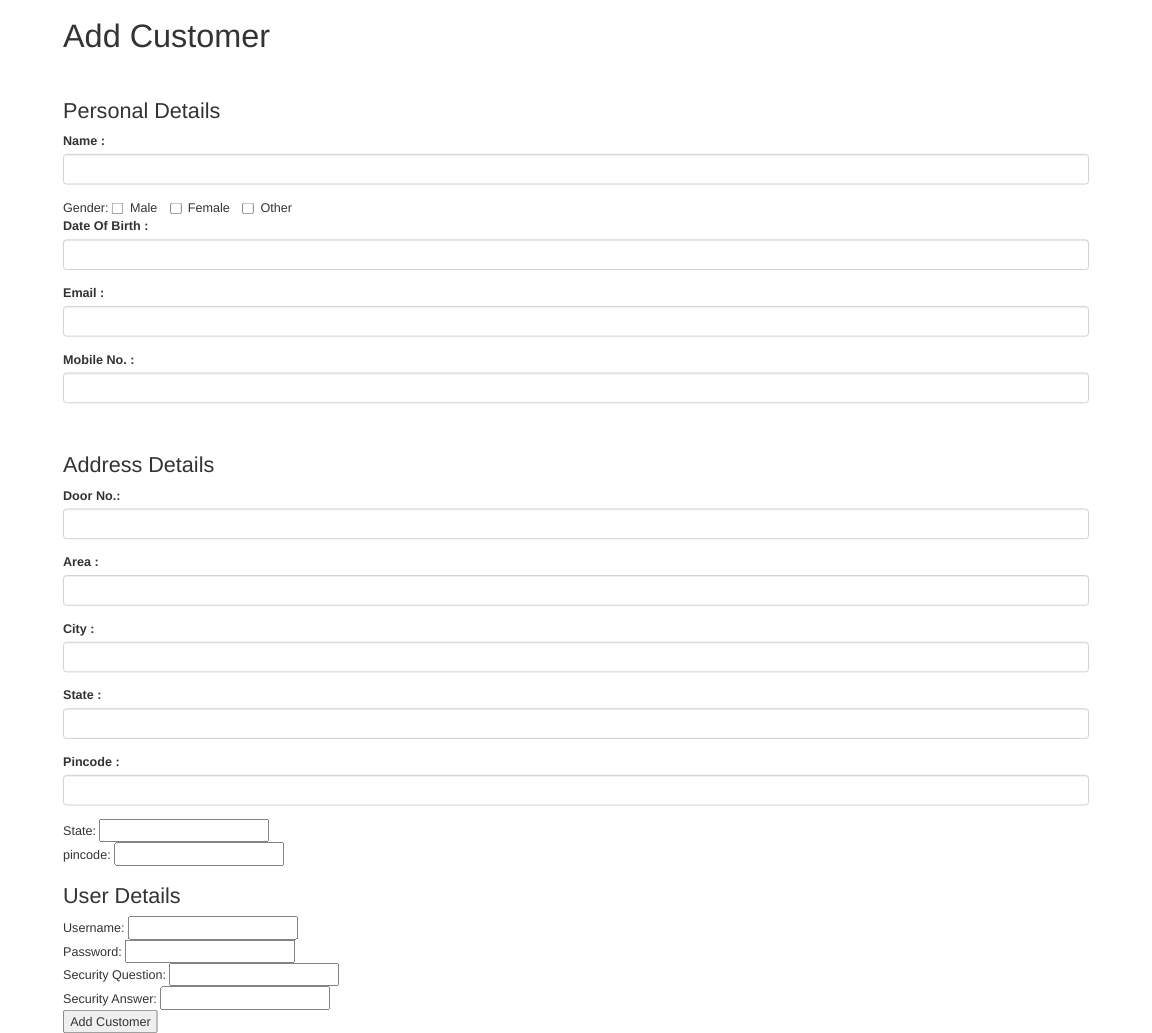
Repository: Shubham-Gawade/SpringHibernateTraining
Page: http://localhost/xorbankonline/WEB-INF/pages/addcustomer.jsp
An editor plug-in stored every save of this project. The page is shown before and after the next save, followed by the edit.
The browser window is 1280 px wide. The pictures show the whole page, at 90% of full size.
The page is served by Tomcat 9. Nobody is signed in. Other server files are loaded and not shown. The template is opened directly, without the code that normally fills it, so the values that code supplies are empty.

Above is the page before, as saved 2021-10-07 04:31:05.

### xorbankonline/src/main/webapp/WEB-INF/pages/addcustomer.jsp
<%@ page language="java" contentType="text/html; charset=ISO-8859-1"
    pageEncoding="ISO-8859-1"%>
<%@ taglib prefix="form" uri="http://www.springframework.org/tags/form" %>
<!DOCTYPE html>
<html>
<head>
<meta charset="ISO-8859-1">
<title>Insert title here</title>
<link rel="stylesheet" href="https://maxcdn.bootstrapcdn.com/bootstrap/3.3.7/css/bootstrap.min.css">
</head>
<body class="container">
	<h1>Add Customer</h1>
	<form:form action="addcustomer" method="post" modelAttribute="customerObj">
		<br/>
		<h3>Personal Details</h3>
		<div class="form-group">
		    <label for="name">Name :</label>
		    <form:input type="text" path="personName" class="form-control" name="name"/>
		</div>
		Gender:
		<label class="checkbox-inline"><input type="checkbox" value="MALE">Male</label>
		<label class="checkbox-inline"><input type="checkbox" value="FEMALE">Female</label>
		<label class="checkbox-inline"><input type="checkbox" value="OTHER">Other</label>
		<div class="form-group">
		    <label for="dateOfBirth">Date Of Birth :</label>
		    <input type="text" class="form-control" name="dateOfBirth">
		</div>
		<div class="form-group">
		    <label for="email">Email :</label>
		    <form:input type="email" class="form-control" path="email" name="email"/>
		</div>
		<div class="form-group">
		    <label for="email">Mobile No. :</label>
		    <form:input type="number" class="form-control" path="mobileNo" name="mobileNo"/>
		</div>

		<br/>
		<h3>Address Details</h3>
		<div class="form-group">
		    <label for="doorNo">Door No.:</label>
		    <form:input type="text" class="form-control" path="address.doorNo" name="doorNo"/>
		</div>
		<div class="form-group">
		    <label for="area">Area :</label>
		    <form:input type="text" class="form-control" path="address.area" name="area"/>
		</div>
		<div class="form-group">
		    <label for="city">City :</label>
		    <form:input type="text" class="form-control" path="address.city" name="city"/>
		</div>
		<div class="form-group">
		    <label for="state">State :</label>
		    <form:input type="text" class="form-control" path="address.state" name="state"/>
		</div>
		<div class="form-group">
		    <label for="pincode">Pincode :</label>
		    <form:input type="text" class="form-control" path="address.picode" name="state"/>
		</div>
		State: <form:input path="address.state" type="text"/><br/>
		pincode: <form:input path="address.pincode" type="text"/><br/>

		<h3>User Details</h3>
		Username: <form:input path="user.userName" type="text"/><br/>
		Password: <form:input path="user.password" type="password"/><br/>
		Security Question: <form:input path="user.securityQuestion" type="text"/><br/>
		Security Answer: <form:input path="user.securityAnswer" type="text"/><br/>
		<input type="submit" value="Add Customer"/>
	</form:form>
</body>
</html>

After the next save:
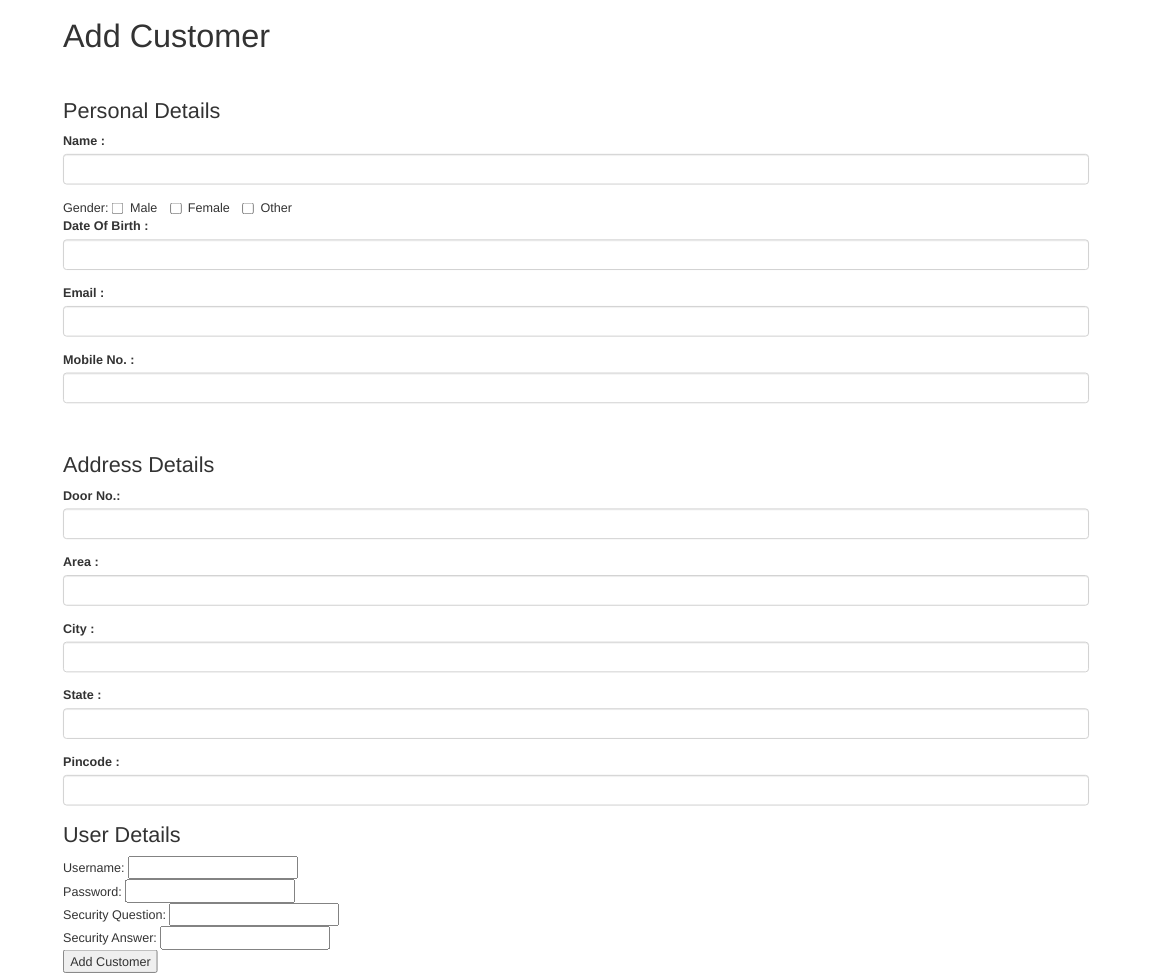
Saved 9 s later.
--- a/xorbankonline/src/main/webapp/WEB-INF/pages/addcustomer.jsp
+++ b/xorbankonline/src/main/webapp/WEB-INF/pages/addcustomer.jsp
@@ -54,10 +54,8 @@
 		</div>
 		<div class="form-group">
 		    <label for="pincode">Pincode :</label>
-		    <form:input type="text" class="form-control" path="address.picode" name="state"/>
+		    <form:input type="text" class="form-control" path="address.picode" name="pincode"/>
 		</div>
-		State: <form:input path="address.state" type="text"/><br/>
-		pincode: <form:input path="address.pincode" type="text"/><br/>
 
 		<h3>User Details</h3>
 		Username: <form:input path="user.userName" type="text"/><br/>
